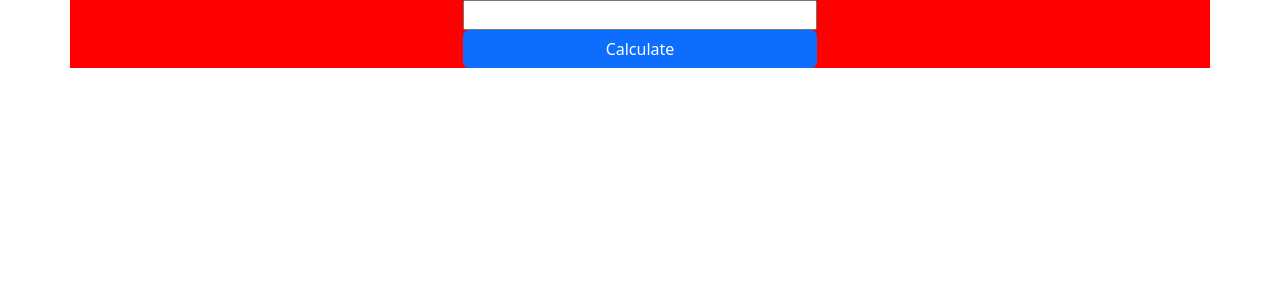
Repository: LeGrandMAG/magCalculator
Page: index.html
The author's editor kept a copy of each file at every save. The page is drawn from the files as they stood at one save, then again after a run of saves.
The browser window is 1280 px wide. The pictures show the whole page.

Above is the page before, as saved 2022-05-26 12:32:20.

### index.html
<!DOCTYPE html>
<html lang="en">
<head>
    <meta charset="UTF-8">
    <meta http-equiv="X-UA-Compatible" content="IE=edge">
    <meta name="viewport" content="width=device-width, initial-scale=1.0">
    <link href="https://cdn.jsdelivr.net/npm/bootstrap@5.2.0-beta1/dist/css/bootstrap.min.css" rel="stylesheet" integrity="sha384-0evHe/X+R7YkIZDRvuzKMRqM+OrBnVFBL6DOitfPri4tjfHxaWutUpFmBp4vmVor" crossorigin="anonymous">
    <link rel="shortcut icon" href="assets/images/icon.ico"image/x-icon">

    <link href="style.css" rel="stylesheet">
    <title>Price Calculator</title>
</head>
<body>


    <div class="container">
        <form class="row"action="">
            <input class="text" type="number">
            <button class="btn btn-primary"> Calculate</button>
        </form>

    </div>

</body>
</html>

### style.css
.container{
    margin:auto;
    background: red;
    display: flex;
    justify-content: center;
    align-items: center;
}

After the next 5 saves:
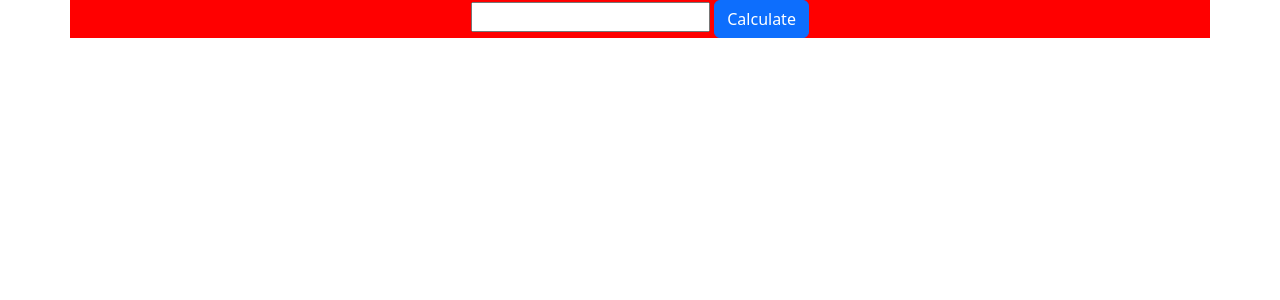
The 5 saves are shown as one change because they came seconds apart.
The last was saved 17 s later.
--- a/index.html
+++ b/index.html
@@ -14,7 +14,7 @@
 
 
     <div class="container">
-        <form class="row"action="">
+        <form class=""action="">
             <input class="text" type="number">
             <button class="btn btn-primary"> Calculate</button>
         </form>

After the save that followed:
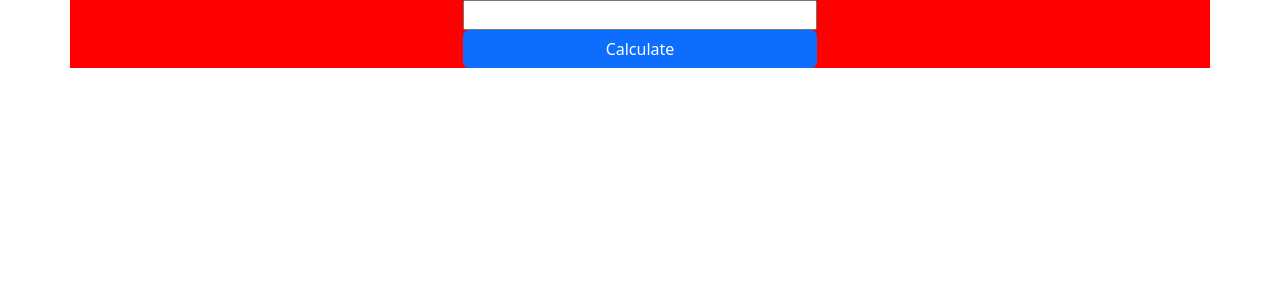
Saved 5 s later.
--- a/index.html
+++ b/index.html
@@ -14,7 +14,7 @@
 
 
     <div class="container">
-        <form class=""action="">
+        <form class="row"action="">
             <input class="text" type="number">
             <button class="btn btn-primary"> Calculate</button>
         </form>
